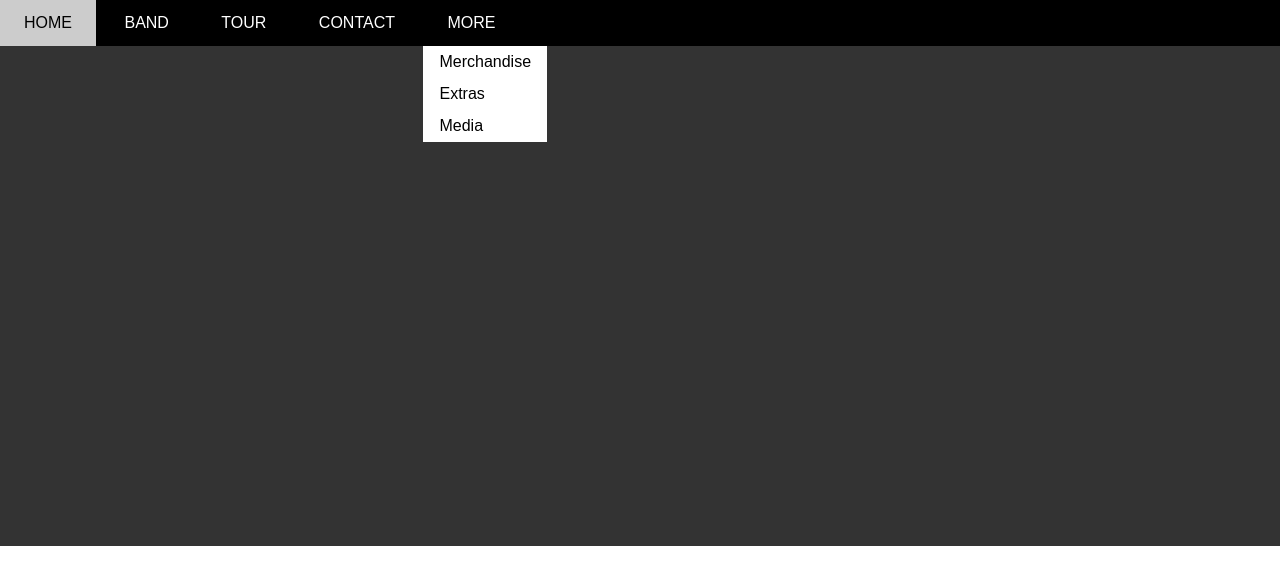
Repository: minhnguyennn/w3_band_music
Page: index.html
An editor plug-in stored every save of this project. The page is shown before and after the next save, followed by the edit.
The browser window is 1280 px wide. The pictures show the whole page.

Above is the page before, as saved 2023-02-17 18:17:36.

After the next save:
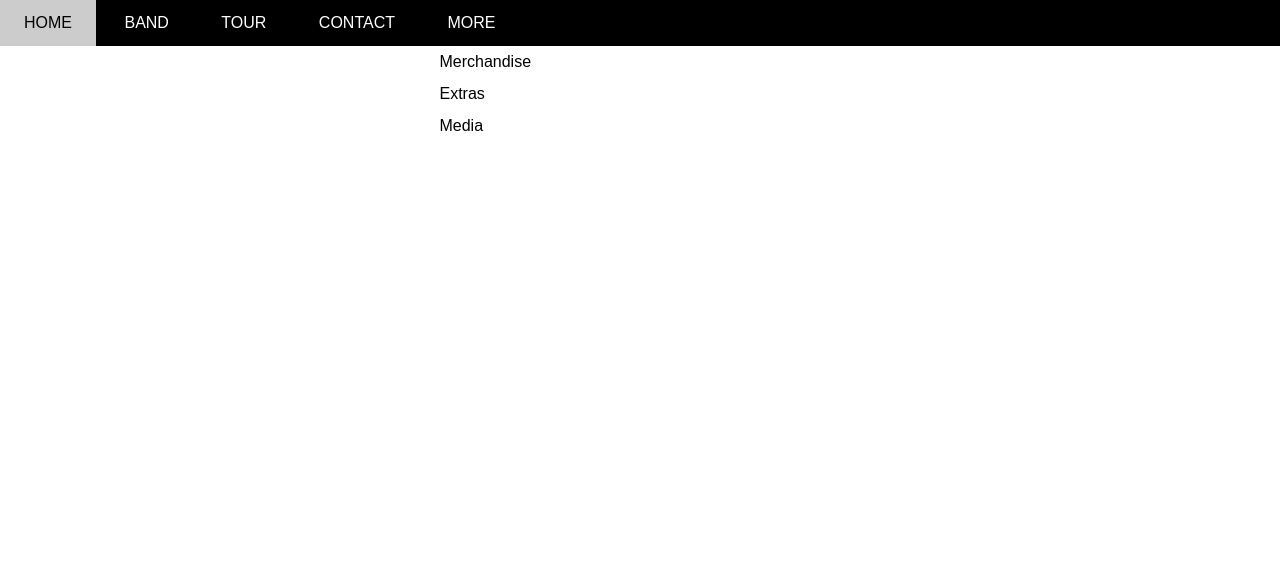
Saved 2 min 11 s later.
--- a/assets/css/style.css
+++ b/assets/css/style.css
@@ -64,8 +64,8 @@
 }
 
 #slider {
-   min-height: 500px;
-   background-color: #333;
+   /* min-height: 500px;
+   background-color: #333; */
 }
 
 #content {
